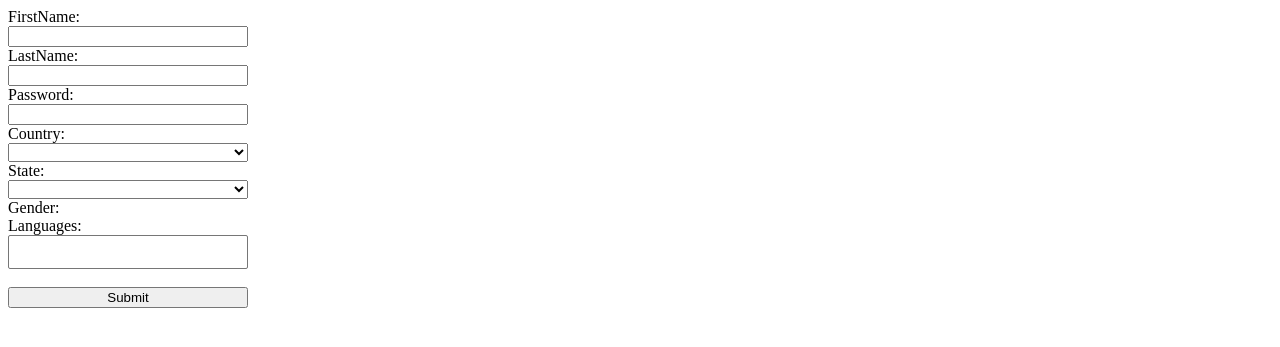
Repository: Vijay-aura/Wicket
Page: wicket-practice/src/main/java/com/form/InputFieldsPage.html
An editor plug-in stored every save of this project. The page is shown before and after the next save, followed by the edit.
The browser window is 1280 px wide. The pictures show the whole page.

Above is the page before, as saved 2024-03-05 07:07:17.

### wicket-practice/src/main/java/com/form/InputFieldsPage.html
<!DOCTYPE html>
<html xmlns="http://www.w3.org/1999/xhtml"
	xmlns:wicket=http://wicket.apache.org/dtds.data/wicket-xhtml1.4-strict.dtd>
<head>
<meta charset="ISO-8859-1">
<title>Insert title here</title>
<wicket:head>
	<style>
.form {
	display: flex;
	flex-direction: column;
	width:15rem;
}
</style>
</wicket:head>
</head>
<body>
	<form wicket:id="form" class="form">
		FirstName: <input type="text" wicket:id="firstName"> LastName:
		<input type="text" wicket:id="lastName">
		Password: <input type="password" wicket:id="password">
		Country: <select wicket:id="country"></select>
		State: <select wicket:id="state"></select>
		Gender: <span wicket:id="gender"></span>
		Languages: <select wicket:id="languages" size="2" multiple="multiple"></select>
		<br><button wicket:id="button">Submit</button>
	</form>
	<div wicket:id="detailsContainer">
		<span wicket:id="details"></span>
	</div>

</body>
</html>

After the next save:
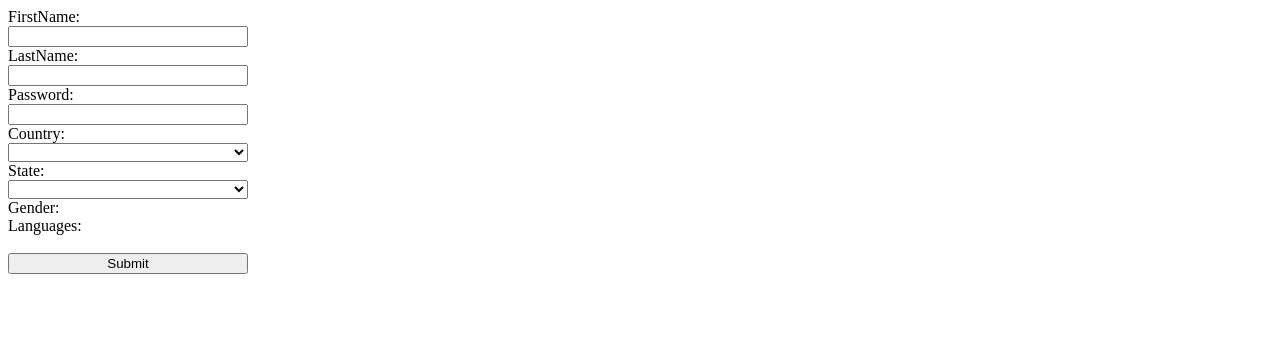
Saved 5 min 39 s later.
--- a/wicket-practice/src/main/java/com/form/InputFieldsPage.html
+++ b/wicket-practice/src/main/java/com/form/InputFieldsPage.html
@@ -22,7 +22,7 @@
 		Country: <select wicket:id="country"></select>
 		State: <select wicket:id="state"></select>
 		Gender: <span wicket:id="gender"></span>
-		Languages: <select wicket:id="languages" size="2" multiple="multiple"></select>
+		Languages: <span wicket:id="languages"></span>
 		<br><button wicket:id="button">Submit</button>
 	</form>
 	<div wicket:id="detailsContainer">
